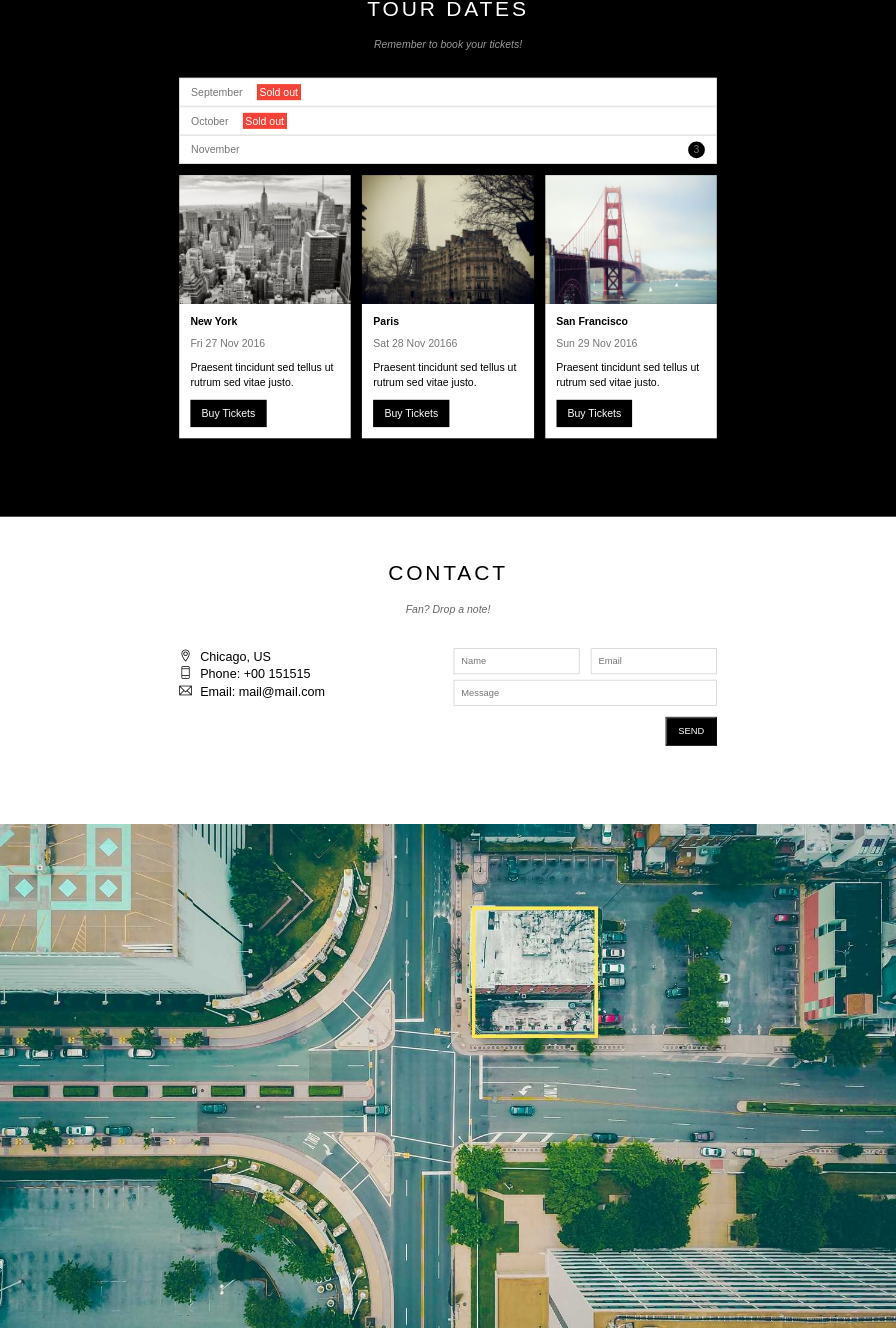
Repository: BrandonTuan777/The_Band
Page: index.html
These files come from the project's save history. The page is drawn as it stood at one moment and after the next save; the edit follows.
The browser window is 1280 px wide. The pictures show the part of the page from y = 1433 to 3353 px (the page is 3524 px tall before and 3540 px after), at 70% of full size.

Above is the page before, as saved 2022-04-12 21:27:12.

After the next save:
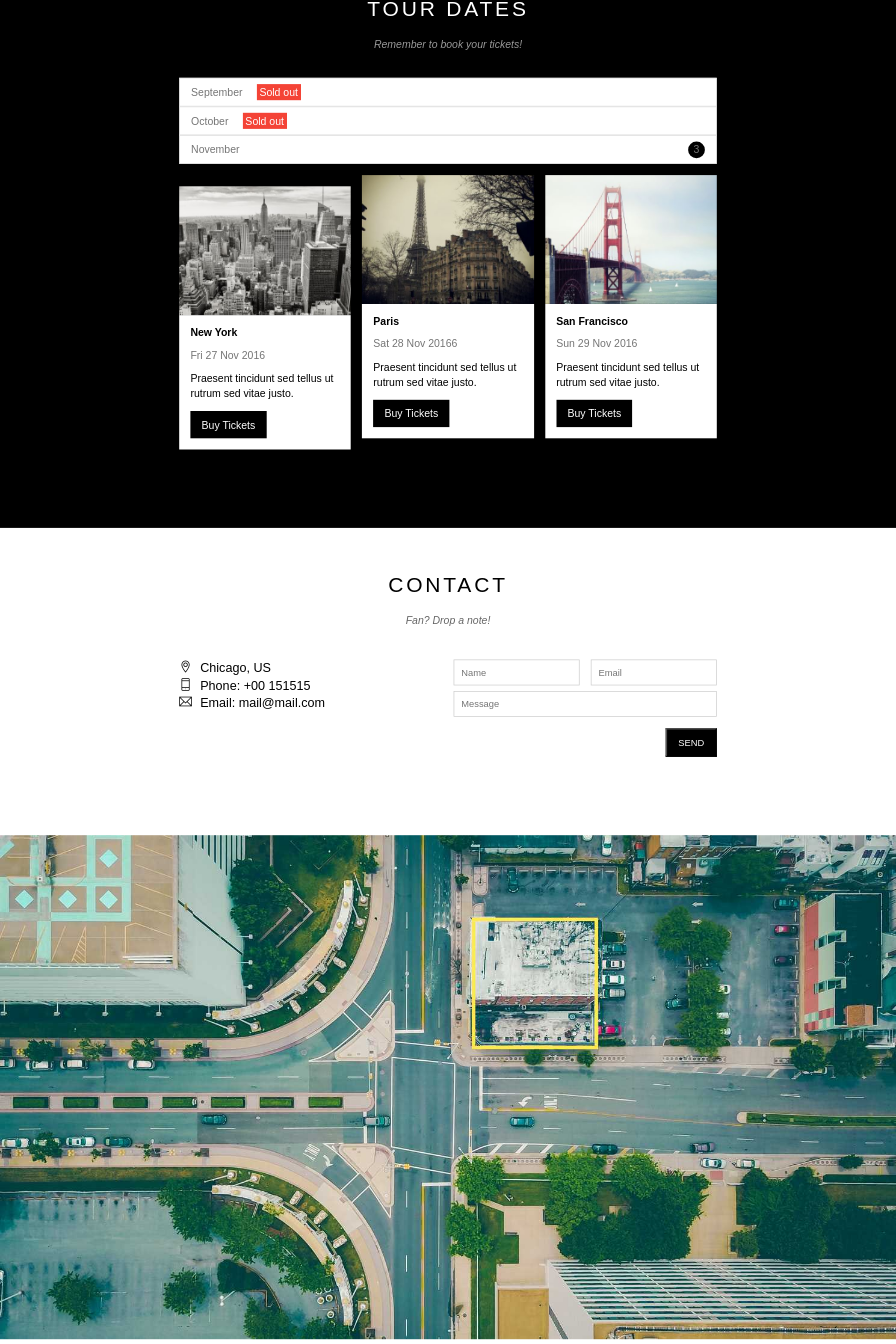
Saved 17 s later.
--- a/index.html
+++ b/index.html
@@ -122,7 +122,7 @@
 
             <!-- Places -->
             <div class="row places-list">
-              <div class="col s-col-full col-third">
+              <div class="col s-col-full col-third mt-16">
                 <img
                   src="./assets/img/places/places1.jpg"
                   alt=""
